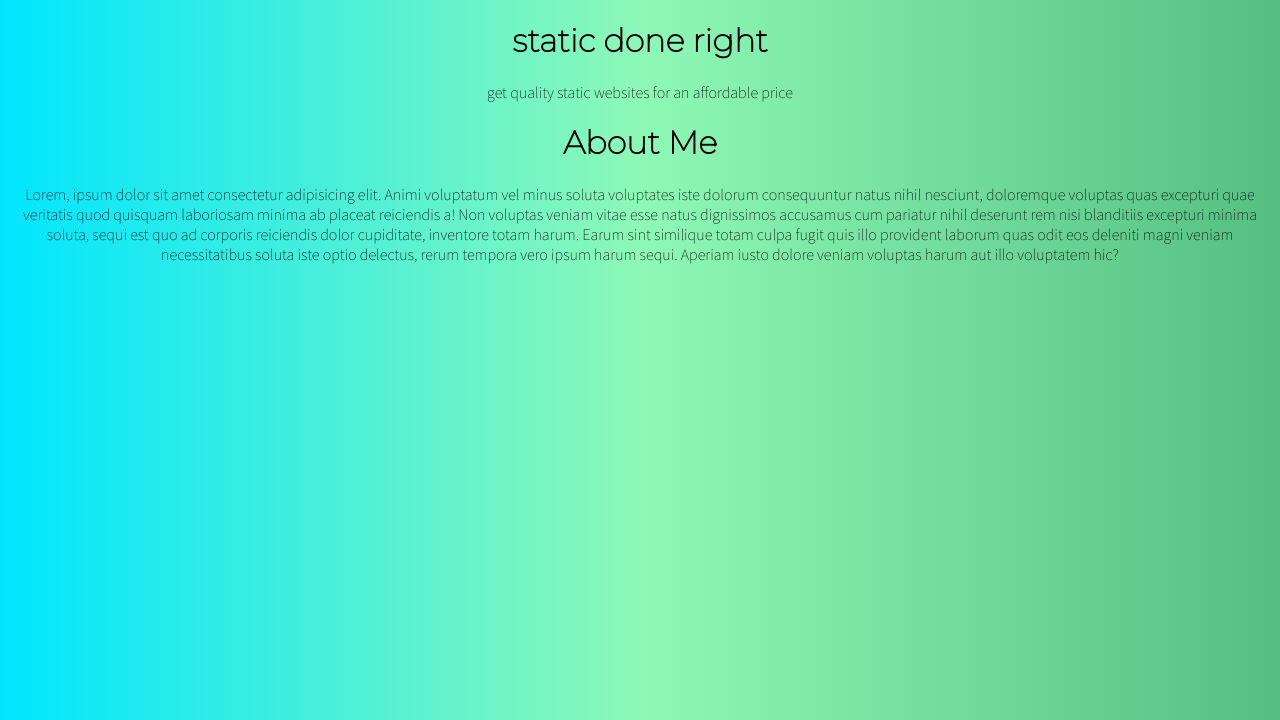
Repository: thecptwaffles/portfolio
Page: index.htm
The author's editor kept a copy of each file at every save. The page is drawn from the files as they stood at one save, then again after the next save.
The browser window is 1280 px wide. The pictures show the whole page.

Above is the page before, as saved 2022-05-01 10:51:54.

### index.htm
<!DOCTYPE html>
<html lang="en">

<head>
    <meta charset="UTF-8">
    <meta http-equiv="X-UA-Compatible" content="IE=edge">
    <meta name="viewport" content="width=device-width, initial-scale=1.0">
    <link rel="shortcut icon" href="./content/Icon.png" type="image/x-icon">
    <link rel="stylesheet" href="style.css">
    <link rel="preconnect" href="https://fonts.googleapis.com">
    <link rel="preconnect" href="https://fonts.gstatic.com" crossorigin>
    <link href="https://fonts.googleapis.com/css2?family=Montserrat:wght@100&family=Quicksand:wght@300&display=swap"
        rel="stylesheet">
    <title>Portfolio website</title>
</head>

<body>

    <div class="header">
        <h1>static done right</h1>
        <p>
            get quality static websites for an affordable price
        </p>
    </div>

    <div class="aboutme">
        <h1>About Me</h1>

        <p>
            Lorem, ipsum dolor sit amet consectetur adipisicing elit. Animi voluptatum vel minus soluta voluptates iste
            dolorum consequuntur natus nihil nesciunt, doloremque voluptas quas excepturi quae veritatis quod quisquam
            laboriosam minima ab placeat reiciendis a! Non voluptas veniam vitae esse natus dignissimos accusamus cum
            pariatur nihil deserunt rem nisi blanditiis excepturi minima soluta, sequi est quo ad corporis reiciendis
            dolor cupiditate, inventore totam harum. Earum sint similique totam culpa fugit quis illo provident laborum
            quas odit eos deleniti magni veniam necessitatibus soluta iste optio delectus, rerum tempora vero ipsum
            harum sequi. Aperiam iusto dolore veniam voluptas harum aut illo voluptatem hic?
        </p>
    </div>

    <script src="./index.js"></script>

</body>

</html>

### style.css
@import url('https://fonts.googleapis.com/css2?family=Montserrat:wght@100&family=Source+Sans+Pro:wght@200&display=swap');

:root {
    --prim-clr: #00e6ff;
    --sec-clr: #8ef8b6;
    --accent-clr: #55bf81;
    --prim-font: 'Montserrat', sans-serif;
    --sec-font: 'Source Sans Pro', sans-serif;
    --gradient-percent: 0%;
}




body {
  position: relative;
  text-align: center;
  background: linear-gradient(90deg, var(--prim-clr) var(--gradient-percent), var(--sec-clr), var(--accent-clr) 100%);
  color: black;
}




h1 {
    font-family: var(--prim-font);
    text-align: center;
}

p {
    font-family: var(--sec-font);
    text-align: center;
}

Loaded but not shown: index.js (no stored copy; drawn as an empty file)

After the next save:
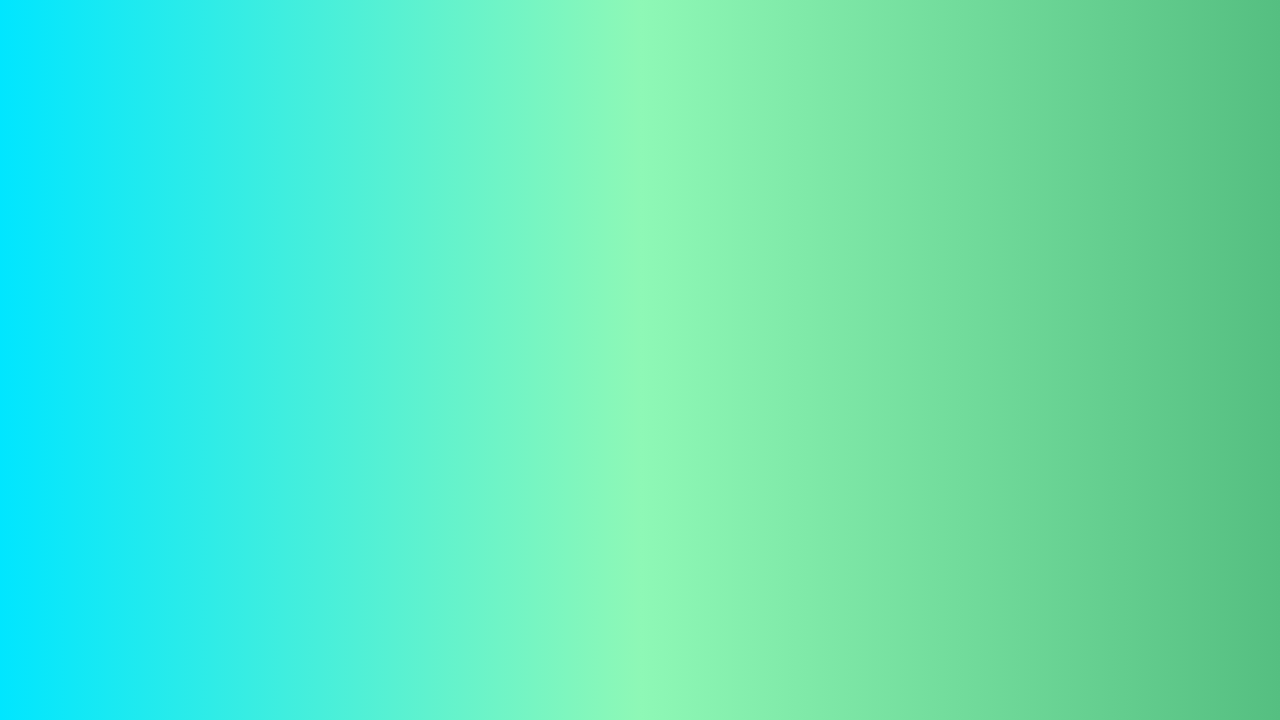
Saved 91 s later.
--- a/index.htm
+++ b/index.htm
@@ -12,33 +12,11 @@
     <link href="https://fonts.googleapis.com/css2?family=Montserrat:wght@100&family=Quicksand:wght@300&display=swap"
         rel="stylesheet">
     <title>Portfolio website</title>
+    <script defer src="./index.js"></script>
 </head>
 
 <body>
 
-    <div class="header">
-        <h1>static done right</h1>
-        <p>
-            get quality static websites for an affordable price
-        </p>
-    </div>
-
-    <div class="aboutme">
-        <h1>About Me</h1>
-
-        <p>
-            Lorem, ipsum dolor sit amet consectetur adipisicing elit. Animi voluptatum vel minus soluta voluptates iste
-            dolorum consequuntur natus nihil nesciunt, doloremque voluptas quas excepturi quae veritatis quod quisquam
-            laboriosam minima ab placeat reiciendis a! Non voluptas veniam vitae esse natus dignissimos accusamus cum
-            pariatur nihil deserunt rem nisi blanditiis excepturi minima soluta, sequi est quo ad corporis reiciendis
-            dolor cupiditate, inventore totam harum. Earum sint similique totam culpa fugit quis illo provident laborum
-            quas odit eos deleniti magni veniam necessitatibus soluta iste optio delectus, rerum tempora vero ipsum
-            harum sequi. Aperiam iusto dolore veniam voluptas harum aut illo voluptatem hic?
-        </p>
-    </div>
-
-    <script src="./index.js"></script>
-
 </body>
 
 </html>
